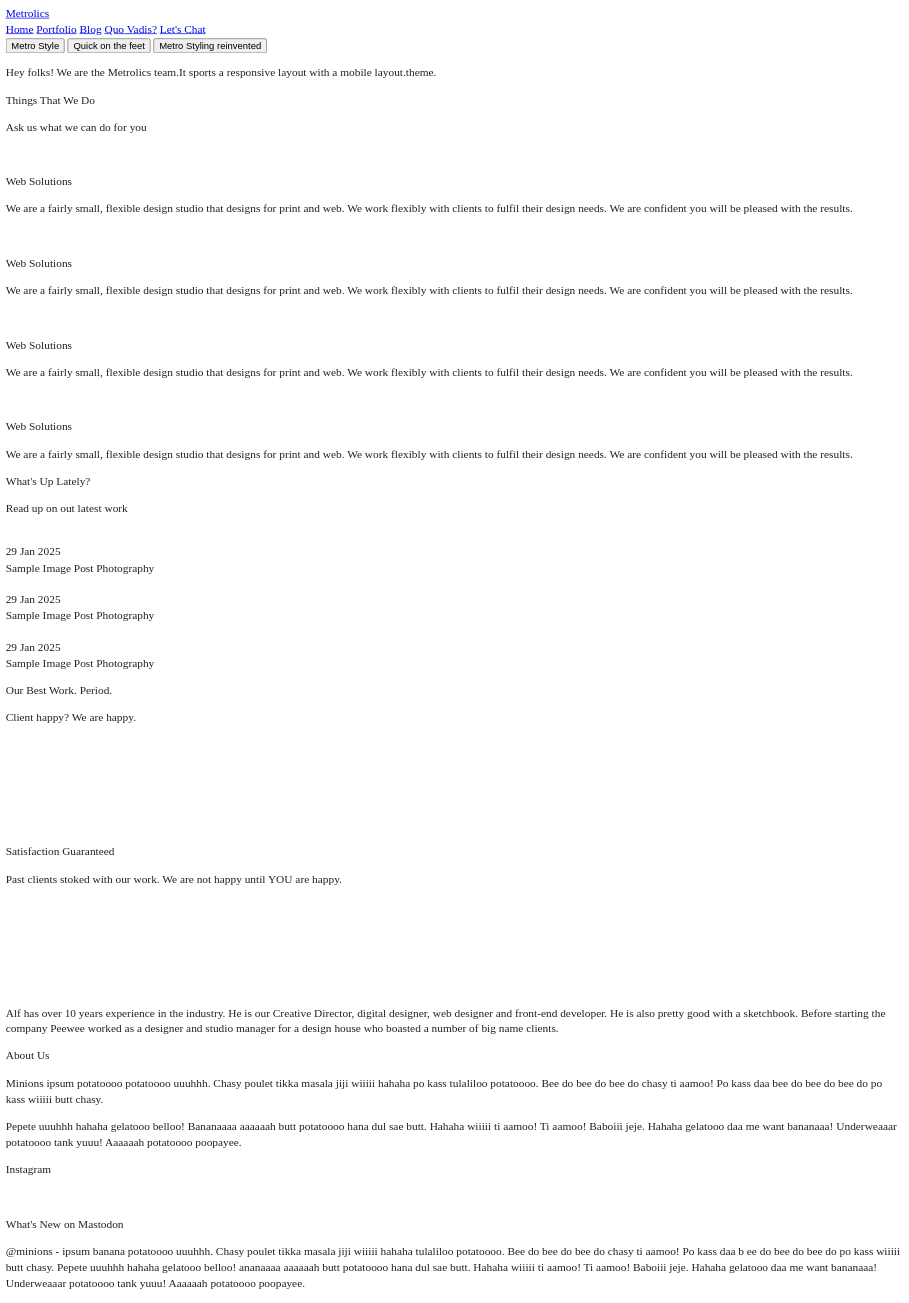
Repository: Angehyy/wk02_site
Page: index.html
The author's editor kept a copy of each file at every save. The page is drawn from the files as they stood at one save, then again after a run of saves.
The browser window is 1280 px wide. The pictures show the whole page, at 71% of full size.

Above is the page before, as saved 2025-01-20 00:45:56.

### index.html
<!doctype html>
<html class="no-js" lang="">

<head>
  <meta charset="utf-8">
  <meta name="viewport" content="width=device-width, initial-scale=1">
  <title>Metrolics</title>
  <link rel="stylesheet" href="css/style.css">
  <meta name="description" content="Learn about Metrolics">

  <meta property="og:title" content="">
  <meta property="og:type" content="">
  <meta property="og:url" content="">
  <meta property="og:image" content="">
  <meta property="og:image:alt" content="">

  <link rel="icon" href="/favicon.ico" sizes="any">
  <link rel="icon" href="/icon.svg" type="image/svg+xml">
  <link rel="apple-touch-icon" href="icon.png">

  <link rel="manifest" href="site.webmanifest">
  <meta name="theme-color" content="#fafafa">
</head>

<body>
  <header>
    <div class="header">
      <a href="#default" class="">Metrolics</a>
      <div class="">
        <a href="#home">Home</a>
        <a href="#portfolio">Portfolio</a>
        <a href="#blog">Blog</a>
        <a href="#quovadis">Quo Vadis?</a>
        <a href="chat">Let's Chat</a>
      </div>
    </div>
  </header>

  <main>
    <div>
      <button class="">Metro Style</button>
      <button class="">Quick on the feet</button>
      <button class="">Metro Styling reinvented</button>
      <img src="" alt="">
    </div>

    <div class="">
      <p>Hey folks! We are the <span>Metrolics</span> team.It sports a responsive layout with a mobile layout.theme.</p>
    </div>

    <section class="">
      <p>Things That We Do</p>
      <p>Ask us what we can do for you</p>
    </section>

    <div class="flex-container">
      <div class="item">
        <img src="" alt="">
        <p class="">Web Solutions</p>
        <p>We are a fairly small, flexible design studio that designs for print and web. We work flexibly with clients to fulfil their design needs. We are confident you will be pleased with the results.</p>
      </div>

      <div class="item">
        <img src="" alt="">
        <p class="">Web Solutions</p>
        <p>We are a fairly small, flexible design studio that designs for print and web. We work flexibly with clients to fulfil their design needs. We are confident you will be pleased with the results.</p>
      </div>

      <div class="item">
        <img src="" alt="">
        <p class="">Web Solutions</p>
        <p>We are a fairly small, flexible design studio that designs for print and web. We work flexibly with clients to fulfil their design needs. We are confident you will be pleased with the results.</p>
      </div>

      <div class="item">
        <img src="" alt="">
        <p class="">Web Solutions</p>
        <p>We are a fairly small, flexible design studio that designs for print and web. We work flexibly with clients to fulfil their design needs. We are confident you will be pleased with the results.</p>
      </div>
    </div>

    <section class="">
      <p>What's Up Lately?</p>
      <p>Read up on out latest work</p>
    </section>

    <div class="flex-container">
      <div class="">
        <img src="" alt="">
        <div>
          <span class="date-top">29</span>
          <span class="month-bottom">Jan 2025</span>
        </div>
        <div class="description">
          <span class="">Sample Image Post</span>
          <span class="">Photography</span>
        </div>
      </div>
      <div class="">
        <img src="" alt="">
        <div>
          <span class="date-top">29</span>
          <span class="month-bottom">Jan 2025</span>
        </div>
        <div class="description">
          <span class="">Sample Image Post</span>
          <span class="">Photography</span>
        </div>
      </div>
      <div class="">
        <img src="" alt="">
        <div>
          <span class="date-top">29</span>
          <span class="month-bottom">Jan 2025</span>
        </div>
        <div class="description">
          <span class="">Sample Image Post</span>
          <span class="">Photography</span>
        </div>
      </div>
    </div>

    <section class="">
      <p>Our Best Work. Period.</p>
      <p>Client happy? We are happy.</p>
    </section>

    <div class="flex-container"></div>
      <div class="">
        <img src="" alt="">
      </div>
      <div class="">
        <img src="" alt="">
      </div>
      <div class="">
        <img src="" alt="">
      </div>
      <div class="">
        <img src="" alt="">
      </div>
      <div class="">
        <img src="" alt="">
      </div>
      <div class="">
        <img src="" alt="">
      </div>
    </div>

    <section>
      <p>Satisfaction Guaranteed</p>
      <p>Past clients stoked with our work. We are not happy until YOU are happy.</p>
    </section>

    <div class="flex-container">
      <div class="client" id="kirita">
        <span class="">
          <img src="" alt="">
        </span>
      </div>
      <div class="client" id="inkscape">
        <span class="">
          <img src="" alt="">
        </span>
      </div>
      <div class="client" id="godot">
        <span class="">
          <img src="" alt="">
        </span>
      </div>
      <div class="client" id="blender">
        <span class="">
          <img src="" alt="">
        </span>
      </div>
      <div class="client" id="penpot">
        <span class="">
          <img src="" alt="">
        </span>
      </div>
    </div>

  </main>

  <footer class="">
    <section>
      <span>
        <img src="" alt="">
        <p>Alf has over 10 years experience in the industry. He is our Creative Director, digital designer, web designer and front-end developer. He is also pretty good with a sketchbook. Before starting the company Peewee worked as a designer and studio manager for a design house who boasted a number of big name clients.</p></span>
    </section>
    <div class="">
      <p class="">About Us</p>
      <p>Minions ipsum potatoooo potatoooo uuuhhh. Chasy poulet tikka masala jiji wiiiii hahaha po kass tulaliloo potatoooo. Bee do bee do bee do chasy ti aamoo! Po kass daa bee do bee do bee do po kass wiiiii butt chasy.</p>

      <p>Pepete uuuhhh hahaha gelatooo belloo! Bananaaaa aaaaaah butt potatoooo hana dul sae butt. Hahaha wiiiii ti aamoo! Ti aamoo! Baboiii jeje. Hahaha gelatooo daa me want bananaaa! Underweaaar potatoooo tank yuuu! Aaaaaah potatoooo poopayee. </p>
    </div>
    <div>
      <p>Instagram</p>
      <img src="" alt="">
      <img src="" alt="">
      <img src="" alt="">
      <img src="" alt="">
      <img src="" alt="">
      <img src="" alt="">
      <img src="" alt="">
      <img src="" alt="">
    </div>

    <div>
      <p>What's New on Mastodon</p>
      <p><span>@minions</span> - ipsum banana potatoooo uuuhhh. Chasy poulet tikka masala jiji wiiiii hahaha tulaliloo potatoooo. Bee do bee do bee do chasy ti aamoo! Po kass daa b ee do bee do bee do po kass wiiiii butt chasy. Pepete uuuhhh hahaha gelatooo belloo! ananaaaa aaaaaah butt potatoooo hana dul sae butt. Hahaha wiiiii ti aamoo! Ti aamoo! Baboiii jeje. Hahaha gelatooo daa me want bananaaa! Underweaaar potatoooo tank yuuu! Aaaaaah potatoooo poopayee. </p>
    </div>

  </footer>

  <script src="js/app.js"></script>

</body>

</html>

### css/style.css
/*! HTML5 Boilerplate v9.0.1 | MIT License | https://html5boilerplate.com/ */

/* main.css 3.0.0 | MIT License | https://github.com/h5bp/main.css#readme */
/*
 * What follows is the result of much research on cross-browser styling.
 * Credit left inline and big thanks to Nicolas Gallagher, Jonathan Neal,
 * Kroc Camen, and the H5BP dev community and team.
 */

/* ==========================================================================
   Base styles: opinionated defaults
   ========================================================================== */

html {
  color: #222;
  font-size: 1em;
  line-height: 1.4;
}

/*
 * Remove text-shadow in selection highlight:
 * https://twitter.com/miketaylr/status/12228805301
 *
 * Customize the background color to match your design.
 */

::-moz-selection {
  background: #b3d4fc;
  text-shadow: none;
}

::selection {
  background: #b3d4fc;
  text-shadow: none;
}

/*
 * A better looking default horizontal rule
 */

hr {
  display: block;
  height: 1px;
  border: 0;
  border-top: 1px solid #ccc;
  margin: 1em 0;
  padding: 0;
}

/*
 * Remove the gap between audio, canvas, iframes,
 * images, videos and the bottom of their containers:
 * https://github.com/h5bp/html5-boilerplate/issues/440
 */

audio,
canvas,
iframe,
img,
svg,
video {
  vertical-align: middle;
}

/*
 * Remove default fieldset styles.
 */

fieldset {
  border: 0;
  margin: 0;
  padding: 0;
}

/*
 * Allow only vertical resizing of textareas.
 */

textarea {
  resize: vertical;
}

/* ==========================================================================
   Author's custom styles
   ========================================================================== */

/* ==========================================================================
   Helper classes
   ========================================================================== */

/*
 * Hide visually and from screen readers
 */

.hidden,
[hidden] {
  display: none !important;
}

/*
 * Hide only visually, but have it available for screen readers:
 * https://snook.ca/archives/html_and_css/hiding-content-for-accessibility
 *
 * 1. For long content, line feeds are not interpreted as spaces and small width
 *    causes content to wrap 1 word per line:
 *    https://medium.com/@jessebeach/beware-smushed-off-screen-accessible-text-5952a4c2cbfe
 */

.visually-hidden {
  border: 0;
  clip: rect(0, 0, 0, 0);
  height: 1px;
  margin: -1px;
  overflow: hidden;
  padding: 0;
  position: absolute;
  white-space: nowrap;
  width: 1px;
  /* 1 */
}

/*
 * Extends the .visually-hidden class to allow the element
 * to be focusable when navigated to via the keyboard:
 * https://www.drupal.org/node/897638
 */

.visually-hidden.focusable:active,
.visually-hidden.focusable:focus {
  clip: auto;
  height: auto;
  margin: 0;
  overflow: visible;
  position: static;
  white-space: inherit;
  width: auto;
}

/*
 * Hide visually and from screen readers, but maintain layout
 */

.invisible {
  visibility: hidden;
}

/*
 * Clearfix: contain floats
 *
 * The use of `table` rather than `block` is only necessary if using
 * `::before` to contain the top-margins of child elements.
 */

.clearfix::before,
.clearfix::after {
  content: "";
  display: table;
}

.clearfix::after {
  clear: both;
}

/* ==========================================================================
   EXAMPLE Media Queries for Responsive Design.
   These examples override the primary ('mobile first') styles.
   Modify as content requires.
   ========================================================================== */

@media only screen and (min-width: 35em) {
  /* Style adjustments for viewports that meet the condition */
}

@media print,
  (-webkit-min-device-pixel-ratio: 1.25),
  (min-resolution: 1.25dppx),
  (min-resolution: 120dpi) {
  /* Style adjustments for high resolution devices */
}

/* ==========================================================================
   Print styles.
   Inlined to avoid the additional HTTP request:
   https://www.phpied.com/delay-loading-your-print-css/
   ========================================================================== */

@media print {
  *,
  *::before,
  *::after {
    background: #fff !important;
    color: #000 !important;
    /* Black prints faster */
    box-shadow: none !important;
    text-shadow: none !important;
  }

  a,
  a:visited {
    text-decoration: underline;
  }

  a[href]::after {
    content: " (" attr(href) ")";
  }

  abbr[title]::after {
    content: " (" attr(title) ")";
  }

  /*
   * Don't show links that are fragment identifiers,
   * or use the `javascript:` pseudo protocol
   */
  a[href^="#"]::after,
  a[href^="javascript:"]::after {
    content: "";
  }

  pre {
    white-space: pre-wrap !important;
  }

  pre,
  blockquote {
    border: 1px solid #999;
    page-break-inside: avoid;
  }

  tr,
  img {
    page-break-inside: avoid;
  }

  p,
  h2,
  h3 {
    orphans: 3;
    widows: 3;
  }

  h2,
  h3 {
    page-break-after: avoid;
  }
}

Loaded but not shown: js/app.js (no stored copy; drawn as an empty file)

After the next 3 saves:
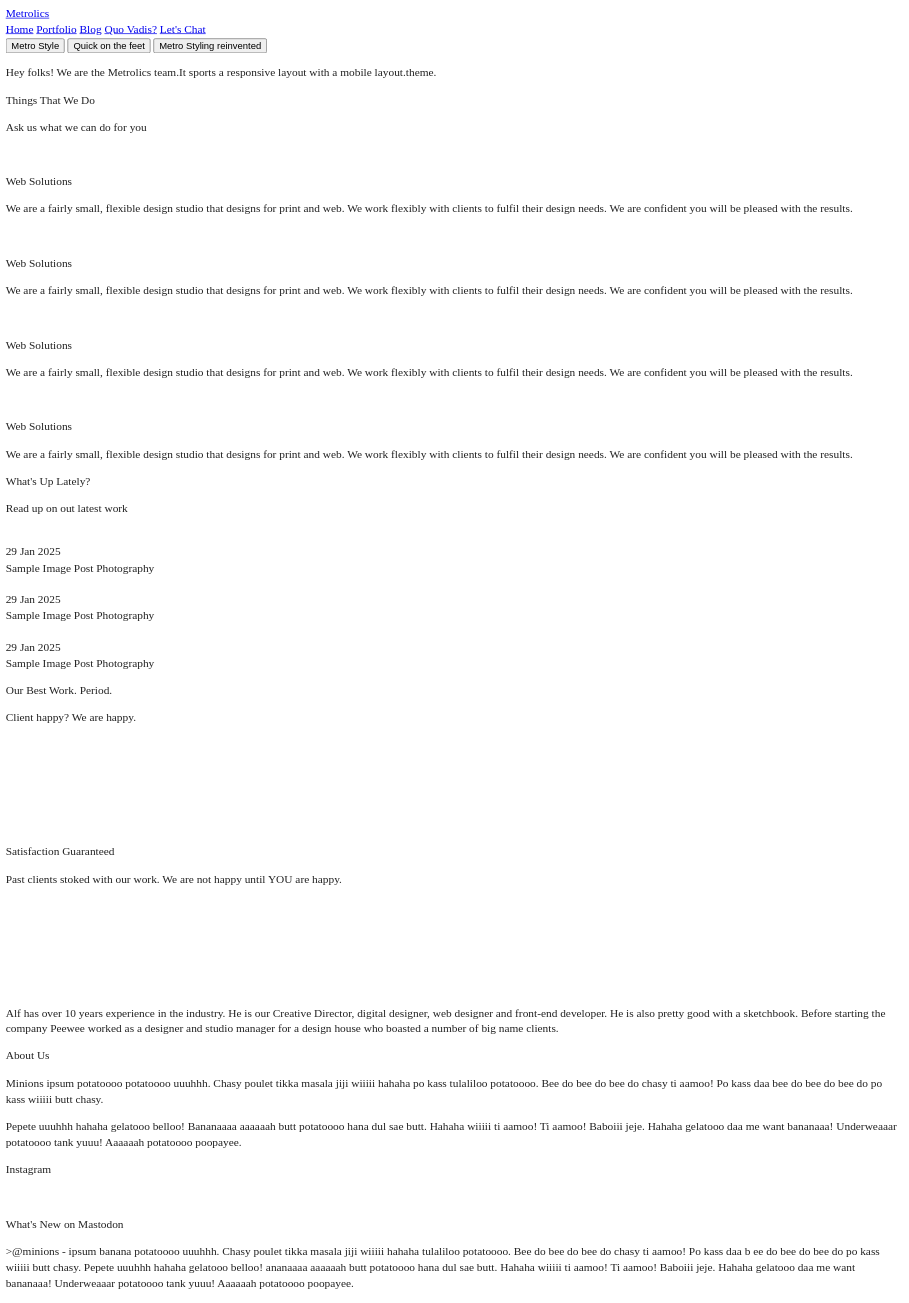
The 3 saves are shown as one change because they came seconds apart.
The last was saved 29 s later.
--- a/index.html
+++ b/index.html
@@ -207,7 +207,7 @@
 
     <div>
       <p>What's New on Mastodon</p>
-      <p><span>@minions</span> - ipsum banana potatoooo uuuhhh. Chasy poulet tikka masala jiji wiiiii hahaha tulaliloo potatoooo. Bee do bee do bee do chasy ti aamoo! Po kass daa b ee do bee do bee do po kass wiiiii butt chasy. Pepete uuuhhh hahaha gelatooo belloo! ananaaaa aaaaaah butt potatoooo hana dul sae butt. Hahaha wiiiii ti aamoo! Ti aamoo! Baboiii jeje. Hahaha gelatooo daa me want bananaaa! Underweaaar potatoooo tank yuuu! Aaaaaah potatoooo poopayee. </p>
+      <p><a href=""></a>>@minions</span> - ipsum banana potatoooo uuuhhh. Chasy poulet tikka masala jiji wiiiii hahaha tulaliloo potatoooo. Bee do bee do bee do chasy ti aamoo! Po kass daa b ee do bee do bee do po kass wiiiii butt chasy. Pepete uuuhhh hahaha gelatooo belloo! ananaaaa aaaaaah butt potatoooo hana dul sae butt. Hahaha wiiiii ti aamoo! Ti aamoo! Baboiii jeje. Hahaha gelatooo daa me want bananaaa! Underweaaar potatoooo tank yuuu! Aaaaaah potatoooo poopayee. </p>
     </div>
 
   </footer>
